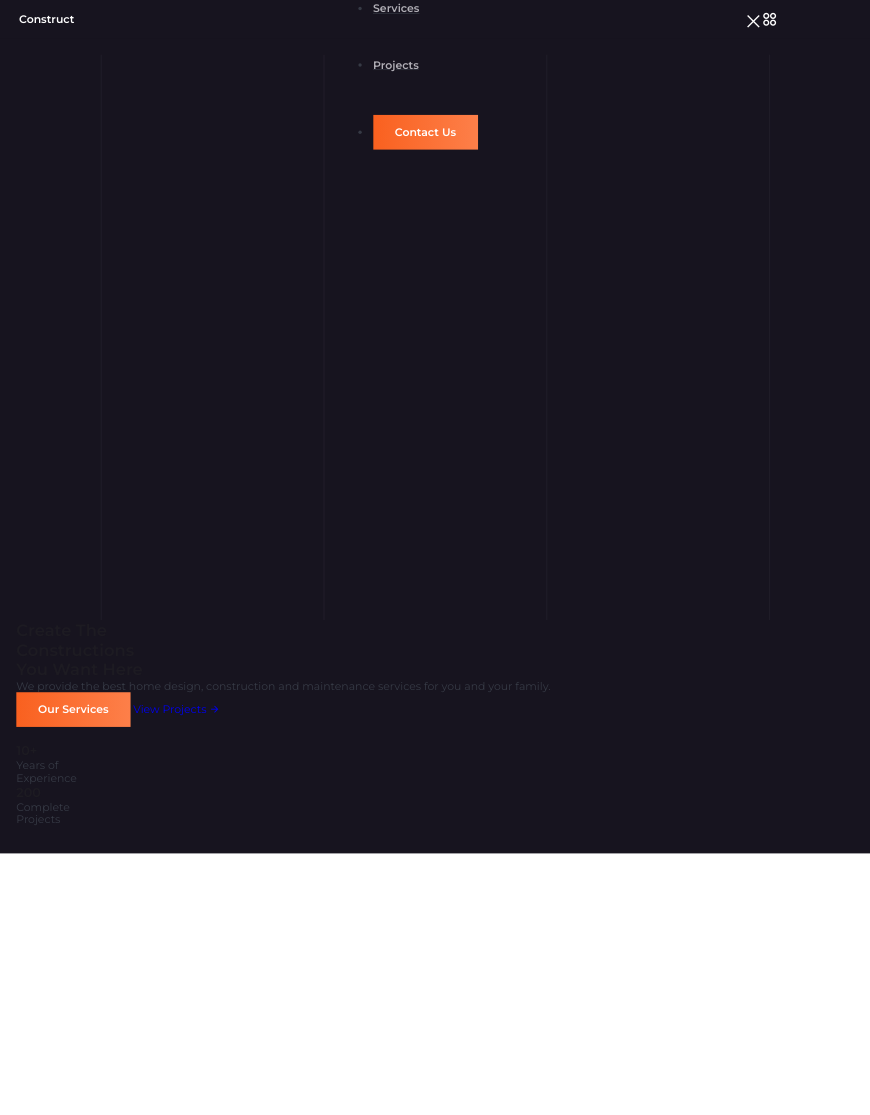
Repository: douglasabnovato/construction
Page: index.html
The author's editor kept a copy of each file at every save. The page is drawn from the files as they stood at one save, then again after the next save.
The browser window is 1280 px wide. The pictures show the whole page, at 68% of full size.

Above is the page before, as saved 2025-04-29 00:42:30.

After the next save:
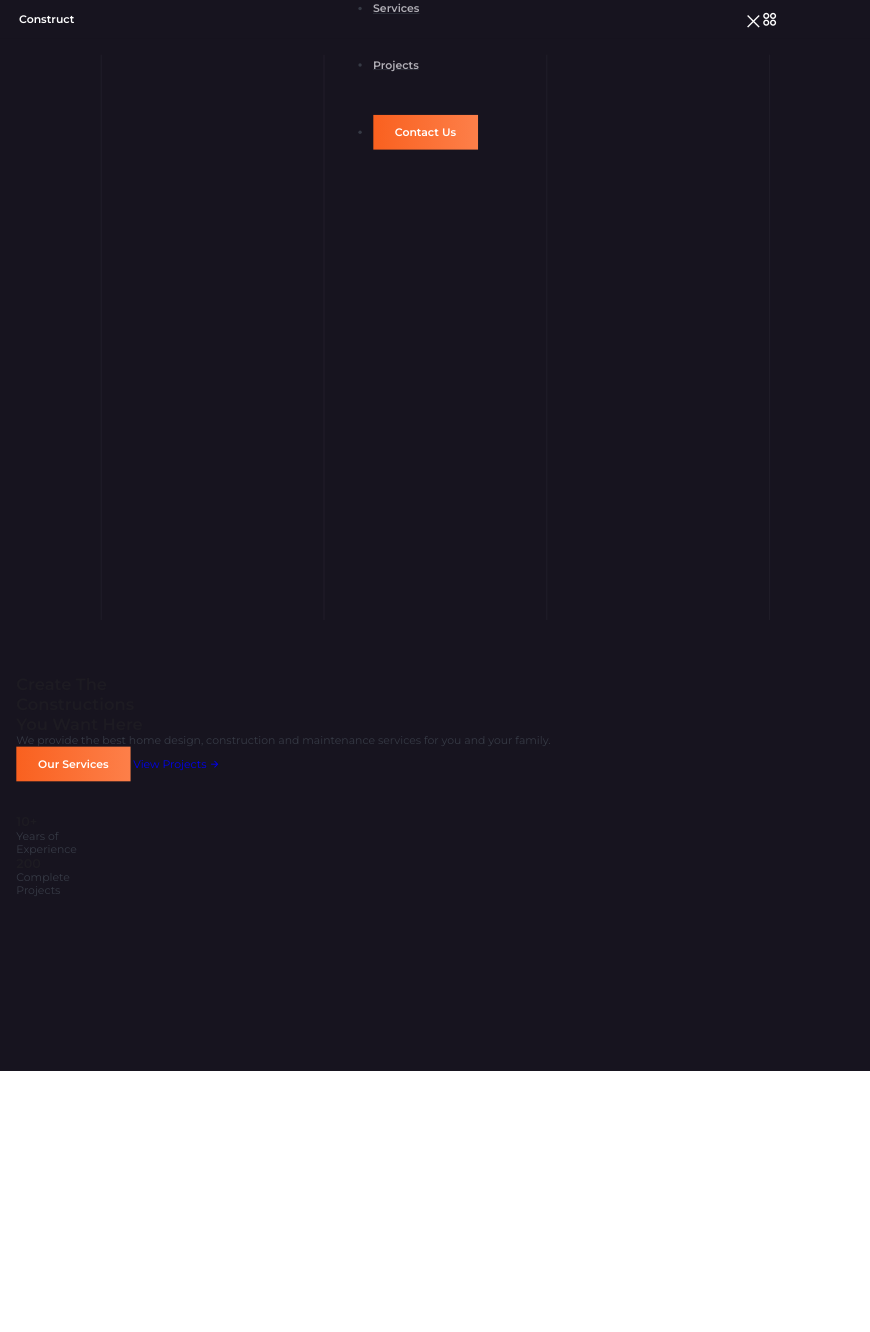
Saved 40 s later.
--- a/assets/css/styles.css
+++ b/assets/css/styles.css
@@ -229,6 +229,12 @@ img {
   background-color: var(--black-color);
 }
 
+.home__container {
+  position: relative;
+  row-gap: 3rem;
+  padding-block: 2.5rem 6rem;
+}
+
 /*=============== BUTTON ===============*/
 .button {
   display: inline-flex;
